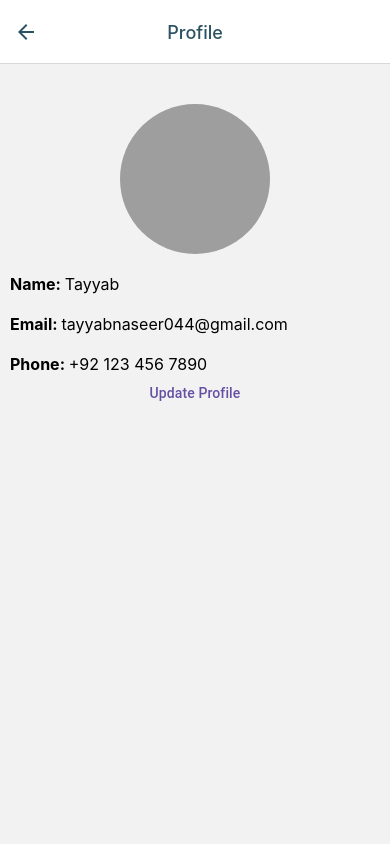
Repository: SaudCh/Expo-Pethub
Screen: /Profile
An editor plug-in stored every save of this project. The screen is shown before and after the next save, followed by the edit.
Pictures or frames that could not be fetched are drawn as grey boxes. The app was drawn by React Native's web renderer in a window 390 px wide. The project was rebuilt for these pictures with package versions that can differ from the ones it lists, and the page was loaded fresh each time. Also part of the build but not shown: Screens/Signup.js, Screens/Home.js, Screens/UpdateProfile.js, Components/Avatar.js.

Above is the screen before, as saved 2022-11-15 00:22:11.

After the next save:
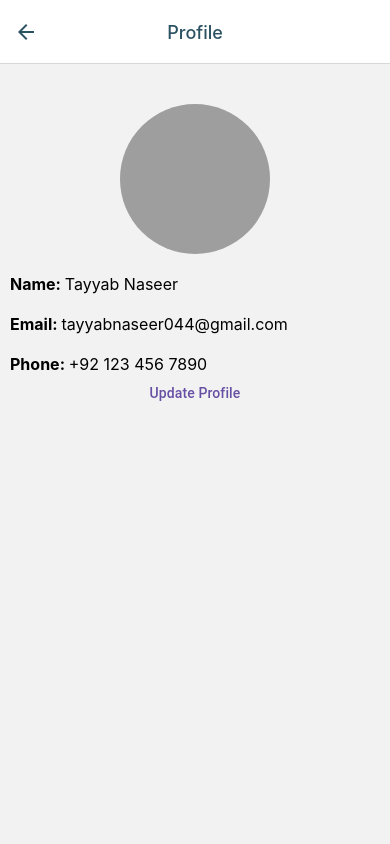
Saved 7 s later.
--- a/Screens/Profile.js
+++ b/Screens/Profile.js
@@ -16,7 +16,7 @@ export default function Profile() {
             <View style={{ marginTop: 20 }}>
                 <Text style={{ fontSize: 16 }}>
                     <Text style={{ fontSize: 16, fontWeight: 'bold' }}>Name: </Text>
-                    Tayyab
+                    Tayyab Naseer
                 </Text>
             </View>
 
